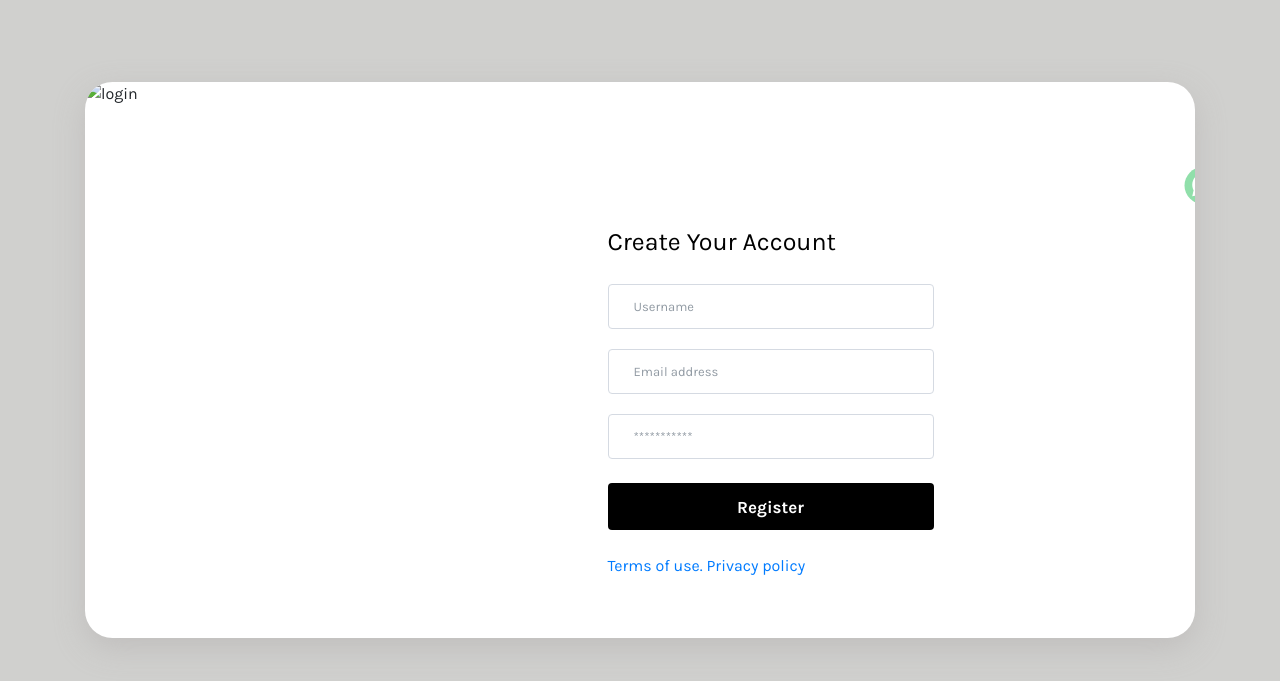
Repository: sara55m/Login
Page: http://localhost/register
The author's editor kept a copy of each file at every save. The page is drawn from the files as they stood at one save, then again after the next save.
The browser window is 1280 px wide. The pictures show the whole page.
Some web libraries are served in a nearby version. The page is served by the project's Laravel application, run on PHP 8.4 with Laravel 10. Other server files are loaded and not shown.

Above is the page before, as saved 2024-03-01 17:23:09.

### routes/web.php
<?php

use Illuminate\Support\Facades\Route;

/*
|--------------------------------------------------------------------------
| Web Routes
|--------------------------------------------------------------------------
|
| Here is where you can register web routes for your application. These
| routes are loaded by the RouteServiceProvider and all of them will
| be assigned to the "web" middleware group. Make something great!
|
*/

Route::get('/', function () {
    return view('welcome');
});


Route::get('/register', function () {
    return view('register');
});

### resources/views/register.blade.php
<!DOCTYPE html>
<html lang="en">
<head>
  <meta charset="UTF-8">
  <meta name="viewport" content="width=device-width, initial-scale=1.0">
  <meta http-equiv="X-UA-Compatible" content="ie=edge">
  <title>Register Template</title>
  <link href="https://fonts.googleapis.com/css?family=Karla:400,700&display=swap" rel="stylesheet">
  <link rel="stylesheet" href="https://cdn.materialdesignicons.com/4.8.95/css/materialdesignicons.min.css">
  <link rel="stylesheet" href="https://stackpath.bootstrapcdn.com/bootstrap/4.4.1/css/bootstrap.min.css">
  <link rel="stylesheet" href="assets/css/login.css">
</head>
<body>
  <main class="d-flex align-items-center min-vh-100 py-3 py-md-0">
    <div class="container">
      <div class="card login-card">
        <div class="row no-gutters">
          <div class="col-md-5">
            <img src="assets/images/login.jpg" alt="login" class="login-card-img">
          </div>
          <div class="col-md-7">
            <div class="card-body">
              <div class="brand-wrapper">
                <img src="assets/images/question.svg" height="856" width="1190" alt="logo" class="logo">
              </div>
              <p class="login-card-description">Create Your Account</p>
              <form action="#!">
                <div class="form-group">
                    <label for="username" class="sr-only">Username</label>
                    <input type="text" name="username" id="username" class="form-control" placeholder="Username">
                  </div>
                  <div class="form-group">
                    <label for="email" class="sr-only">Email</label>
                    <input type="email" name="email" id="email" class="form-control" placeholder="Email address">
                  </div>
                  <div class="form-group mb-4">
                    <label for="password" class="sr-only">Password</label>
                    <input type="password" name="password" id="password" class="form-control" placeholder="***********">
                  </div>
                  <input name="register" id="register" class="btn btn-block login-btn mb-4" type="button" value="Register">
                </form>

                  <a href="#!">Terms of use.</a>
                  <a href="#!">Privacy policy</a>
                </nav>
            </div>
          </div>
        </div>
      </div>
      <!-- <div class="card login-card">
        <img src="assets/images/login.jpg" alt="login" class="login-card-img">
        <div class="card-body">
          <h2 class="login-card-title">Login</h2>
          <p class="login-card-description">Sign in to your account to continue.</p>
          <form action="#!">
            <div class="form-group">
              <label for="email" class="sr-only">Email</label>
              <input type="email" name="email" id="email" class="form-control" placeholder="Email">
            </div>
            <div class="form-group">
              <label for="password" class="sr-only">Password</label>
              <input type="password" name="password" id="password" class="form-control" placeholder="Password">
            </div>
            <div class="form-prompt-wrapper">
              <div class="custom-control custom-checkbox login-card-check-box">
                <input type="checkbox" class="custom-control-input" id="customCheck1">
                <label class="custom-control-label" for="customCheck1">Remember me</label>
              </div>
              <a href="#!" class="text-reset">Forgot password?</a>
            </div>
            <input name="login" id="login" class="btn btn-block login-btn mb-4" type="button" value="Login">
          </form>
          <p class="login-card-footer-text">Don't have an account? <a href="#!" class="text-reset">Register here</a></p>
        </div>
      </div> -->
    </div>
  </main>
  <script src="https://code.jquery.com/jquery-3.4.1.min.js"></script>
  <script src="https://cdn.jsdelivr.net/npm/popper.js@1.16.0/dist/umd/popper.min.js"></script>
  <script src="https://stackpath.bootstrapcdn.com/bootstrap/4.4.1/js/bootstrap.min.js"></script>
</body>
</html>

### public/assets/css/login.css
body {
  font-family: "Karla", sans-serif;
  background-color: #d0d0ce;
  min-height: 100vh; }

.brand-wrapper {
  margin-bottom: 19px; }
  .brand-wrapper .logo {
    height: 37px; }

.login-card {
  border: 0;
  border-radius: 27.5px;
  box-shadow: 0 10px 30px 0 rgba(172, 168, 168, 0.43);
  overflow: hidden; }
  .login-card-img {
    border-radius: 0;
    position: absolute;
    width: 100%;
    height: 100%;
    -o-object-fit: cover;
       object-fit: cover; }
  .login-card .card-body {
    padding: 85px 60px 60px; }
    @media (max-width: 422px) {
      .login-card .card-body {
        padding: 35px 24px; } }
  .login-card-description {
    font-size: 25px;
    color: #000;
    font-weight: normal;
    margin-bottom: 23px; }
  .login-card form {
    max-width: 326px; }
  .login-card .form-control {
    border: 1px solid #d5dae2;
    padding: 15px 25px;
    margin-bottom: 20px;
    min-height: 45px;
    font-size: 13px;
    line-height: 15;
    font-weight: normal; }
    .login-card .form-control::-webkit-input-placeholder {
      color: #919aa3; }
    .login-card .form-control::-moz-placeholder {
      color: #919aa3; }
    .login-card .form-control:-ms-input-placeholder {
      color: #919aa3; }
    .login-card .form-control::-ms-input-placeholder {
      color: #919aa3; }
    .login-card .form-control::placeholder {
      color: #919aa3; }
  .login-card .login-btn {
    padding: 13px 20px 12px;
    background-color: #000;
    border-radius: 4px;
    font-size: 17px;
    font-weight: bold;
    line-height: 20px;
    color: #fff;
    margin-bottom: 24px; }
    .login-card .login-btn:hover {
      border: 1px solid #000;
      background-color: transparent;
      color: #000; }
  .login-card .forgot-password-link {
    font-size: 14px;
    color: #919aa3;
    margin-bottom: 12px; }
  .login-card-footer-text {
    font-size: 16px;
    color: #0d2366;
    margin-bottom: 60px; }
    @media (max-width: 767px) {
      .login-card-footer-text {
        margin-bottom: 24px; } }
  .login-card-footer-nav a {
    font-size: 14px;
    color: #919aa3; }

/*# sourceMappingURL=login.css.map */

### public/assets/images/question.svg
<?xml version="1.0" encoding="iso-8859-1"?>
<!-- Generator: Adobe Illustrator 19.0.0, SVG Export Plug-In . SVG Version: 6.00 Build 0)  -->
<svg version="1.1" id="Layer_1" xmlns="http://www.w3.org/2000/svg" xmlns:xlink="http://www.w3.org/1999/xlink" x="0px" y="0px"
	 viewBox="0 0 508 508" style="enable-background:new 0 0 508 508;" xml:space="preserve">
<circle style="fill:#90DFAA;" cx="254" cy="254" r="254"/>
<path style="fill:#FFFFFF;" d="M263.3,87.5c-86.8,0-157.2,70.4-157.2,157.2c0,27.2,6.9,52.8,19.1,75.1l-19.1,82.1l82.1-19.1
	c22.3,12.2,47.9,19.1,75.1,19.1c86.8,0,157.2-70.4,157.2-157.2S350.1,87.5,263.3,87.5z"/>
<path style="fill:#FF7058;" d="M271.6,280.3h-29.3v-15.8c0-6.9,0.8-12.1,2.5-15.4c1.6-3.4,5.2-7.8,10.8-13.3l18.9-18.9
	c4-4.3,6-9.7,6-16.1c0-6.4-2.1-11.7-6.2-15.9c-4.2-4.2-9.5-6.4-16.1-6.4s-12,2-16.5,6.1c-4.4,4.1-7,9.5-7.7,16.2h-31.4
	c1.7-15.4,7.7-27.4,18-36.1c10.3-8.7,23.1-13.1,38.5-13.1s27.9,4.2,37.6,12.6c9.7,8.4,14.5,20.1,14.5,35.1c0,10.4-2.8,19-8.5,25.9
	c-3.3,4.1-5.8,7.1-7.5,8.8s-4,3.9-6.9,6.6c-2.9,2.7-5.3,5-7.3,7s-3.6,3.7-4.8,5.1c-3.1,3.8-4.7,9.2-4.7,16.1v11.5H271.6z
	 M257.5,337.9c-5.4,0-10.1-1.9-14.1-5.6s-6-8.2-6-13.5s1.9-9.8,5.8-13.6c3.9-3.8,8.6-5.7,14-5.7c5.4,0,10.1,1.9,14.1,5.6
	s5.9,8.2,5.9,13.5s-1.9,9.8-5.8,13.6C267.6,336,262.9,337.9,257.5,337.9z"/>
<g>
</g>
<g>
</g>
<g>
</g>
<g>
</g>
<g>
</g>
<g>
</g>
<g>
</g>
<g>
</g>
<g>
</g>
<g>
</g>
<g>
</g>
<g>
</g>
<g>
</g>
<g>
</g>
<g>
</g>
</svg>

After the next save:
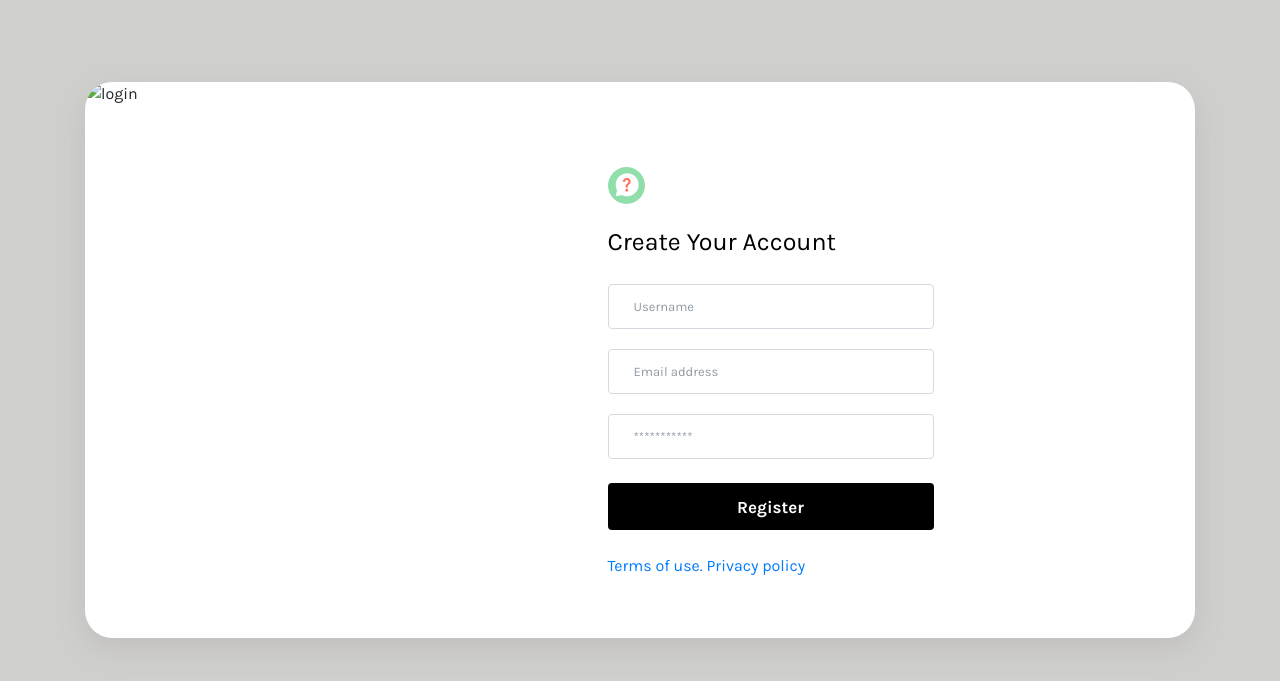
Saved 10 s later.
--- a/resources/views/register.blade.php
+++ b/resources/views/register.blade.php
@@ -21,7 +21,7 @@
           <div class="col-md-7">
             <div class="card-body">
               <div class="brand-wrapper">
-                <img src="assets/images/question.svg" height="856" width="1190" alt="logo" class="logo">
+                <img src="assets/images/question.svg" alt="logo" class="logo">
               </div>
               <p class="login-card-description">Create Your Account</p>
               <form action="#!">
